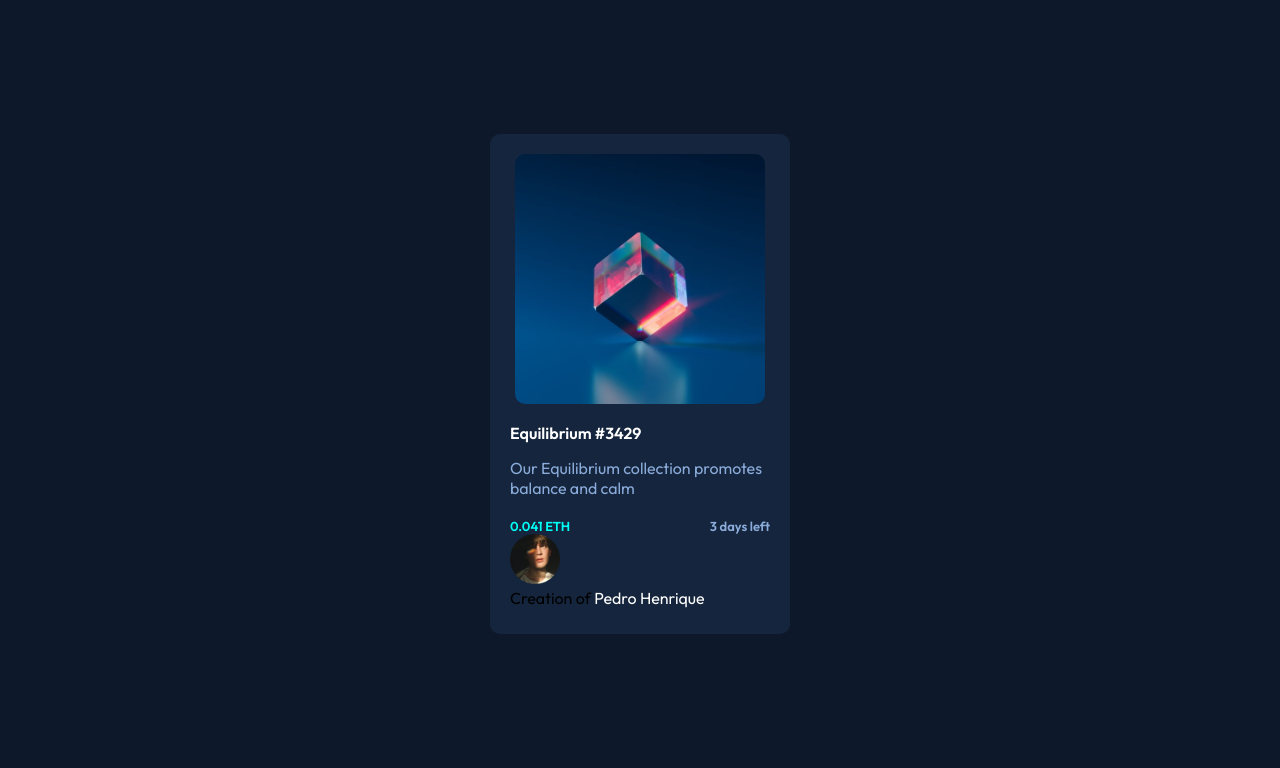
Repository: PedroHEAA/nft
Page: index.html
An editor plug-in stored every save of this project. The page is shown before and after the next save, followed by the edit.
The browser window is 1280 px wide. The pictures show the whole page.

Above is the page before, as saved 2022-11-03 20:31:28.

### index.html
<!DOCTYPE html>
<html lang="en">
<head>
    <meta charset="UTF-8">
    <meta http-equiv="X-UA-Compatible" content="IE=edge">
    <meta name="viewport" content="width=device-width, initial-scale=1.0">
    <meta name="description" content="Esse é um projeto do front end mentor, para eu desenvolver habilidades técnicas para ficar cada dia melhor">
    <link rel="stylesheet" href="src/css/reset.css">
    <link rel="stylesheet" href="src/css/style.css">
    <link rel="stylesheet" href="src/css/variables.css">
    <link rel="shortcut icon" href="src/images/favicon-32x32.png" type="image/x-icon">
    <title>NFT - preview card component</title>
</head>
<body>
    <main class="container">
        <div class="card">

            <a href="#">
                <img src="src/images/image-equilibrium.jpg" alt="Equilibrium NFT image" width="250px">
            </a>

                <div>
                <a href="#">
                    <h2 class="title">Equilibrium #3429</h2>
                </a>

                <p class="card-description">Our Equilibrium collection promotes balance and calm</p>

                <div class="info-elements">
                    <p class="angle"> 0.041 ETH</p>
                    <p class="days"> 3 days left</p>
                </div>

            <div class="creator">
                <img src="src/images/image-avatar.png" alt="NFT creator" width="50px">
                <p> Creation of <a href="#">Pedro Henrique</a></p>
            </div>
        </div>
    </main>
</body>
</html>

### src/css/reset.css
*{
    margin: 0;
    padding: 0;
    box-sizing: border-box;
}

a{
    text-decoration: none;
    color: var(--white);
}

### src/css/style.css
@import url('https://fonts.googleapis.com/css2?family=Outfit:wght@300;400;600&display=swap');

body{
    font-family: 'Outfit', sans-serif;
}

.container{
    max-width: 1366px;
    height: 768px;
    background-color: var(--main-color);
    display: flex;
    justify-content: center;
    align-items: center;

}

.card{
    background-color: var(--card-color);
    width: 300px;
    height: 500px;
    border-radius: 10px;
    display: flex;
    flex-direction: column;
    align-items: center;
    padding: 20px;
}
.card-information{

}
.card .title{
    font-size: 16px;
    display: flex;
    justify-content: flex-start;
    margin-top: 15px;
}

.card .card-description{
    color: var(--secondary-color);
    margin-top: 15px;
}

img{
    border-radius: 10px;
}

.info-elements{
    display: flex;
    justify-content: space-between;
    gap: 100px;
    font-size: 13px;
    font-weight: 600;
    margin-top: 20px;
}

.info-elements .angle{
    color: var(--angle-color);
    display: flex;
    gap: 4px;
}

.info-elements .days{
    color: var(--secondary-color);
    display: flex;
    gap: 4px;
}

### src/css/variables.css
:root{
    --main-color: hsl(217, 54%, 11%);
    --card-color: hsl(216, 50%, 16%);
    --line-color: hsl(215, 32%, 27%);
    --white: hsl(0, 0%, 100%);
    --angle-color: hsl(178, 100%, 50%);
    --secondary-color: hsl(215, 51%, 70%);
}

After the next save:
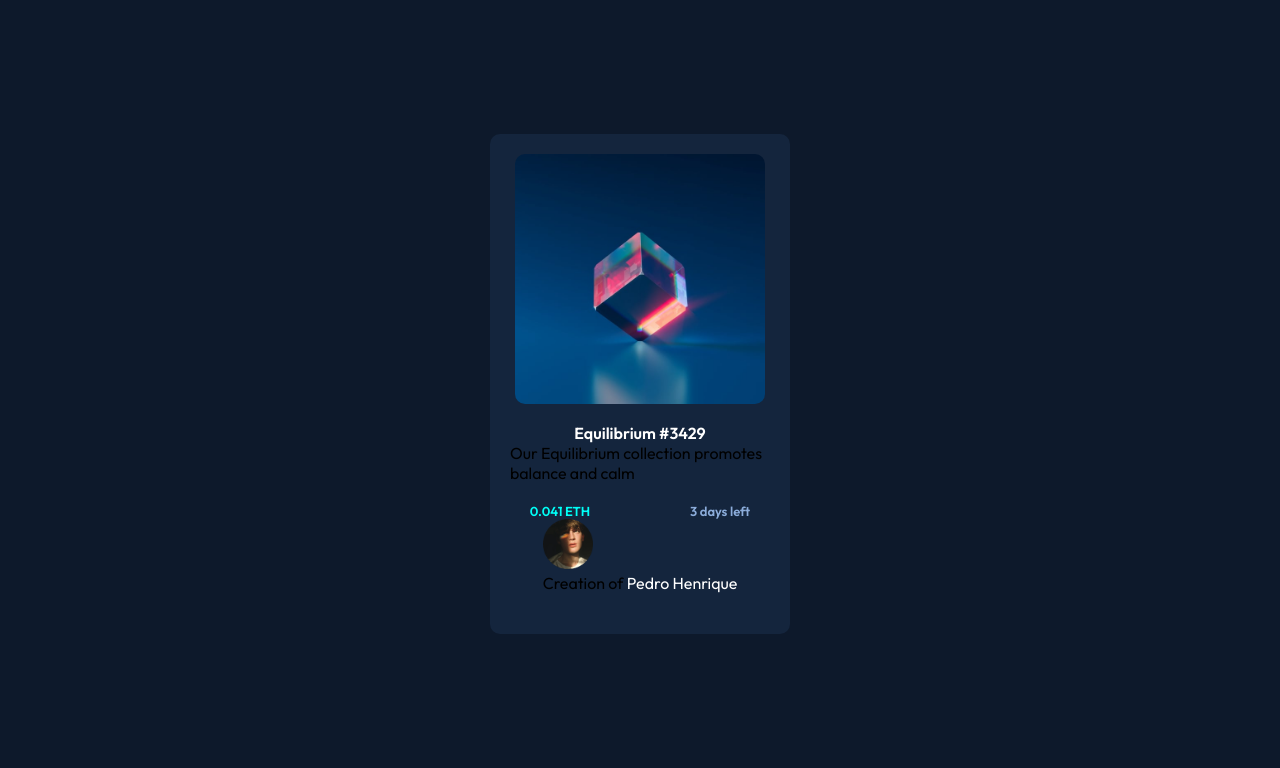
Saved 7 s later.
--- a/index.html
+++ b/index.html
@@ -19,12 +19,12 @@
                 <img src="src/images/image-equilibrium.jpg" alt="Equilibrium NFT image" width="250px">
             </a>
 
-                <div>
+                <div></div>
                 <a href="#">
                     <h2 class="title">Equilibrium #3429</h2>
                 </a>
 
-                <p class="card-description">Our Equilibrium collection promotes balance and calm</p>
+                <p class="card-descripti">Our Equilibrium collection promotes balance and calm</p>
 
                 <div class="info-elements">
                     <p class="angle"> 0.041 ETH</p>
